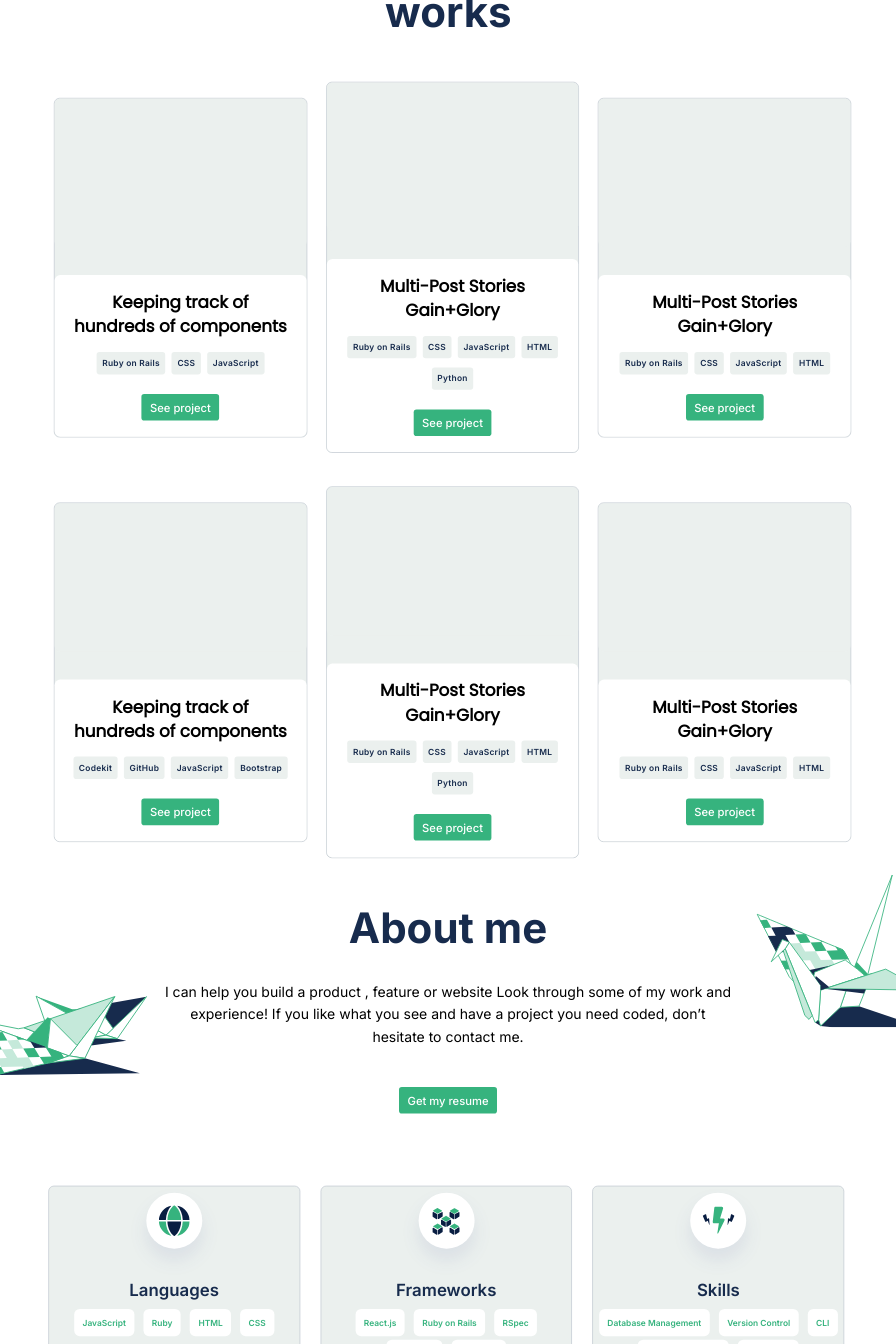
Repository: Salimer/old-Portfolio
Page: index.html
An editor plug-in stored every save of this project. The page is shown before and after the next save, followed by the edit.
The browser window is 1280 px wide. The pictures show the part of the page from y = 1107 to 3027 px (the page is 3881 px tall), at 70% of full size.

Above is the page before, as saved 2023-04-12 02:11:34.

After the next save:
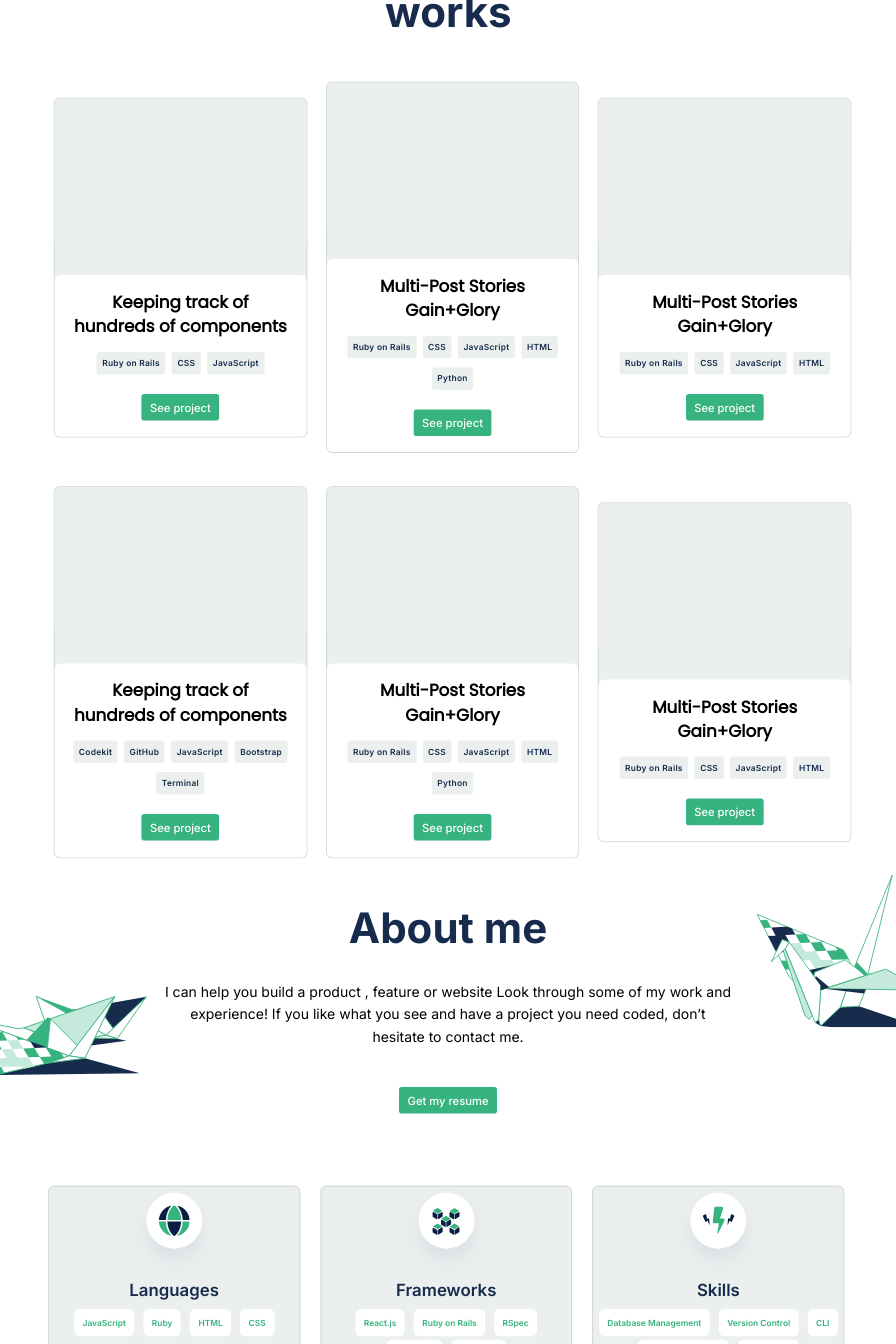
Saved 4 s later.
--- a/chatgpt.js
+++ b/chatgpt.js
@@ -26,7 +26,7 @@ const projects = [
       {
         featuredImage: "Assets/detailTop.svg",
         name: "Keeping track of<br>hundreds of components",
-        technologies: ['Codekit', 'GitHub', 'JavaScript', 'Bootstrap'],
+        technologies: ['Codekit', 'GitHub', 'JavaScript', 'Bootstrap', 'Terminal'],
         description: "Lorem Ipsum is simply dummy text of the printing and typesetting industry. Lorem Ipsum has been the industry's standard dummy text ever since the 1500s, when an unknown printer took a galley of type and scrambled it 1960s.<br><br>Lorem Ipsum is simply dummy text of the printing and typesetting industry. Lorem Ipsum has been the industry's standard dummy text ever since the 1500s, when an unknown printer took a galley of type and scrambled it 1960s.",
         linkToLiveVersion: "https://youtu.be/dQw4w9WgXcQ",
         linkToSource: "https://youtu.be/dQw4w9WgXcQ"
